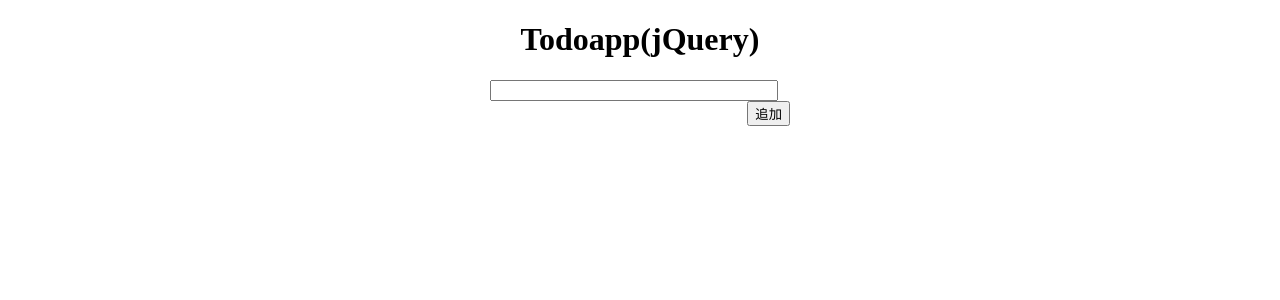
Repository: shinyahayashi1103/Todoapp-jQuery
Page: index.html
The author's editor kept a record of every edit. The page is drawn from the files as they stood at one moment, then again after the next edit.
The browser window is 1280 px wide. The pictures show the whole page.

Above is the page before.

### index.html
<!DOCTYPE html>
<html lang="en">
<head>
    <meta charset="UTF-8">
    <meta name="viewport" content="width=device-width, initial-scale=1.0">
    <meta http-equiv="X-UA-Compatible" content="ie=edge">
    <link rel="stylesheet" href="style.css" type="text/css" />
    <title>jQuery</title>
</head>
<body>

    <h1 id="title">Todoapp(jQuery)</h1>
    <div id="input-section">
        <input type="text" id="todo-input">
        <button id="add-buton"><span>追加</span></button>
    </div>

    <ul id="todo-container">

    </ul>


    <script
      src="https://code.jquery.com/jquery-3.6.0.min.js"
      integrity="sha256-/xUj+3OJU5yExlq6GSYGSHk7tPXikynS7ogEvDej/m4="
      crossorigin="anonymous">
    </script>

    <script type="text/javascript" src="main.js"></script>
    </body>
</htm

### style.css
#title{
    text-align: center
}

#input-section{
    margin: 0 auto;
    width: 300px;
}
#todo-input{
    width: 280px;
}

#todo-container{
    padding: 0;
    width: 50%;
    margin: 10px auto;
    list-style-type: none;
}

.item{
    padding:10px;
    border:1px solid black;
    margin-bottom: 10px;
}

.item-button{
    float:right;
}

#add-buton{
    float: right;
}

### main.js
$(() => {
  // Todoを保存する配列を用意する
  const todos = [];

  // DOM操作に必要な要素を取得する
  const $todoInput = $('#todo-input');
  const $todoContainer = $('#todo-container');
  const $addButton = $('#add-buton');

  // 追加ボタンをクリックしたときの処理を実装する
  $addButton.click(() => {
    const todo = $todoInput.val();
    if (todo) {
      todos.push(todo);
      $todoInput.val('');
      showTodos();
    }
  });

  // Todoを保存している配列を一覧表示する
  const showTodos = () => {
    $todoContainer.empty();

    todos.forEach((todo, index) => {
      const $item = $(`<li class="item">${todo}</li>`);
      const $deleteButton = $(`<button class="item-button">削除</button>`);

      $item.append($deleteButton);
      $todoContainer.append($item);

      $deleteButton.click(() => {
        deleteTodoByIndex(index);
      });
    });
  };

  // 指定したTodoを配列から取り除く
  const deleteTodoByIndex = (index) => {
    todos.splice(index, 1);
    showTodos();
  };
});

After the next edit:
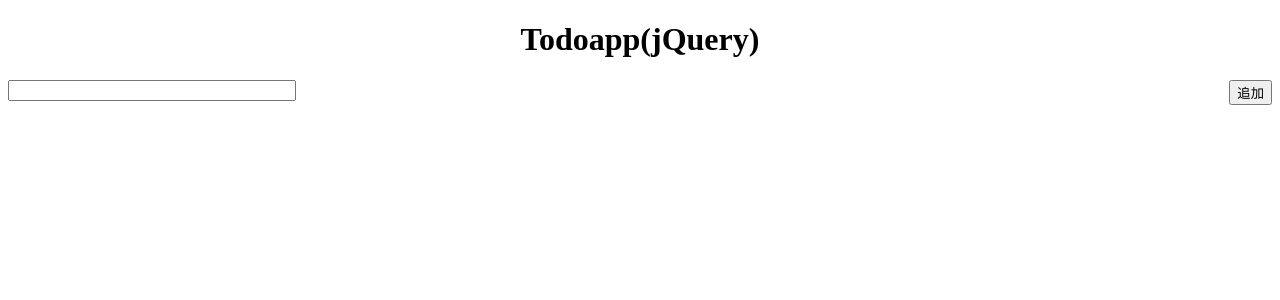
The edit:
--- a/style.css
+++ b/style.css
@@ -4,7 +4,7 @@
 
 #input-section{
     margin: 0 auto;
-    width: 300px;
+
 }
 #todo-input{
     width: 280px;
